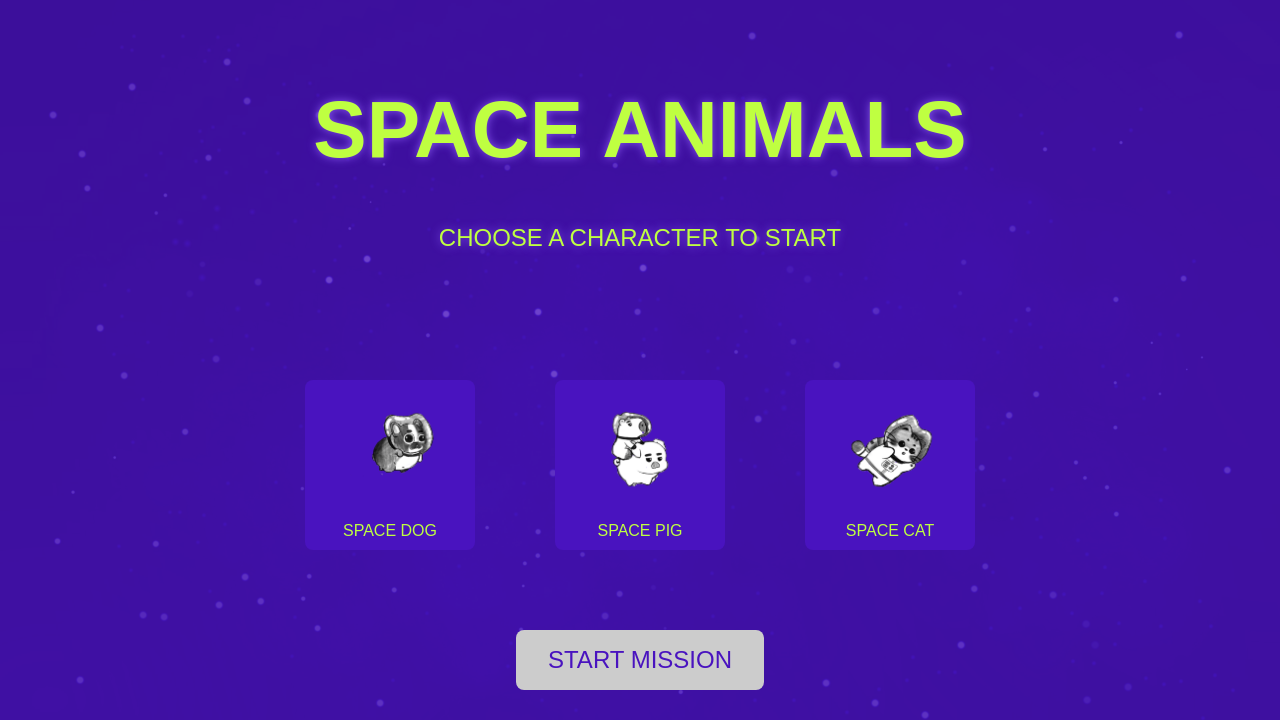
Repository: brunaguarizo/SpaceFarm
Page: index.html
An editor plug-in stored every save of this project. The page is shown before and after the next save, followed by the edit.
The browser window is 1280 px wide. The pictures show the whole page.
Some web fonts or font styles are not loaded; a fallback is used.

Above is the page before, as saved 2025-04-24 15:49:34.

### index.html
<!DOCTYPE html>
<html lang="en">
    <head>
        <meta charset="UTF-8" />
        <meta
            name="viewport"
            content="width=device-width, initial-scale=1.0" />
        <title>Space Adventure</title>
        <link
            rel="stylesheet"
            href="styles.css" />

        <link
            rel="preconnect"
            href="https://fonts.googleapis.com" />
        <link
            rel="preconnect"
            href="https://fonts.gstatic.com"
            crossorigin />
        <link
            href="https://fonts.googleapis.com/css2?family=Ranchers&display=swap"
            rel="stylesheet" />
    </head>
    <body>
        <div id="game-container">
            <!-- Character Selection Screen -->
            <div id="character-select">
                <h1>SPACE ANIMALS</h1>
                <div class="text">CHOOSE A CHARACTER TO START</div>
                <div class="character-options">
                    <div
                        class="character-option"
                        data-character="astronaut">
                        <div class="character-img">
                            <img
                                src="img/dog.png"
                                alt="Space Dog" />
                        </div>
                        <div class="character-label">SPACE DOG</div>
                    </div>
                    <div
                        class="character-option"
                        data-character="alien">
                        <div class="character-img">
                            <img
                                src="img/pig.png"
                                alt="Space Pig" />
                        </div>
                        <div class="character-label">SPACE PIG</div>
                    </div>
                    <div
                        class="character-option"
                        data-character="robot">
                        <div class="character-img">
                            <img
                                src="img/cat.png"
                                alt="Space Cat" />
                        </div>
                        <div class="character-label">SPACE CAT</div>
                    </div>
                </div>
                <button
                    id="confirm-btn"
                    disabled>
                    START MISSION
                </button>
            </div>

            <!-- Game Screen -->
            <div id="game-screen">
                <div id="player"></div>
                <div id="score-container">
                    <div id="score">SCORE: 0</div>
                    <button id="pause-btn">PAUSE</button>
                </div>
            </div>

            <!-- Pause Screen -->
            <div id="pause-screen">
                <h2>GAME PAUSED</h2>
                <button id="resume-btn">RESUME</button>
            </div>

            <!-- Game Over Screen -->
            <div id="game-over">
                <h2>GAME OVER</h2>
                <div id="final-score">SCORE: 0</div>
                <button id="restart-btn">PLAY AGAIN</button>
            </div>
        </div>

        <script src="script.js"></script>
    </body>
</html>

### styles.css
body {
    margin: 0;
    padding: 0;
    overflow: hidden;
    font-family: var(--font-family);
    background-color: var(--mid-green);
}

#game-container {
    position: relative;
    width: 100vw;
    height: 100vh;
    background-image: url("img/space-bg.jpg");
    background-size: cover;
    overflow: hidden;
    justify-content: center;
}

/* ------------------------- Character Selection Screen ------------------------- */
#character-select {
    position: absolute;
    width: 100%;
    height: 100%;
    display: flex;
    flex-direction: column;
    justify-content: center;
    align-items: center;
    z-index: 10;
    background-color: rgba(
        73,
        19,
        191,
        0.8
    ); /* Using dark-purple with opacity */
}

#character-select h1 {
    color: var(--light-green);
    font-size: var(--header);
    margin-bottom: var(--space-large);
    text-shadow: 0 0 10px var(--mid-purple);
    text-align: center;
}

.text {
    color: var(--light-green);
    font-size: var(--text);
    text-shadow: 0 0 10px var(--mid-purple);
    text-align: center;
    margin-bottom: var(--space-large);
}

.character-options {
    display: flex;
    gap: var(--space-extra-large);
    margin-top: var(--space-extra-large);
    margin-bottom: var(--space-extra-large);
}

.character-option {
    width: 150px;
    height: 150px;
    background-color: var(--dark-purple);
    border-radius: var(--space-small);
    display: flex;
    flex-direction: column;
    align-items: center;
    justify-content: center;
    cursor: pointer;
    transition: transform 0.3s, box-shadow 0.3s;
    padding: var(--space-small);
    border: 2px solid transparent;
    gap: var(--space-small);
}

.character-option:hover {
    transform: scale(1.05);
    box-shadow: 0 0 15px var(--light-purple);
}

.character-option.selected {
    border-color: var(--light-green);
    box-shadow: 0 0 20px var(--light-green);
}

.character-img {
    width: 100%;
    height: 100%;
    display: block;
}

.character-img img {
    width: 100%;
    height: 100%;
    object-fit: contain;
}

.character-label {
    color: var(--light-green);
    font-size: 16px;
    text-align: center;
    text-transform: uppercase;
}

#confirm-btn {
    padding: var(--space-regular) var(--space-medium);
    background-color: var(--light-green);
    color: var(--dark-purple);
    border: none;
    border-radius: var(--space-small);
    font-size: var(--text);
    font-family: var(--font-family);
    cursor: pointer;
    transition: background-color 0.3s;
    text-transform: uppercase;
}

#confirm-btn:hover {
    background-color: var(--mid-green);
}

#confirm-btn:disabled {
    background-color: #cccccc;
    cursor: not-allowed;
}

/* ------------------------- Game Screen -------------------------*/
#game-screen {
    display: none;
    position: absolute;
    width: 100%;
    height: 100%;
    z-index: 5;
}

#player {
    position: absolute;
    width: 180px;
    height: 180px;
    left: var(--space-extra-large);
    top: 50%;
    transform: translateY(-50%);
    line-height: 1;
    z-index: 5;
}

#player img {
    width: 100%;
    height: 100%;
    object-fit: contain;
}

.asteroid {
    position: absolute;
    width: 100px;
    height: 100px;
    border-radius: 50%;
    overflow: hidden;
    box-shadow: 0 0 15px var(--light-purple);
}

.asteroid img {
    width: 100%;
    height: 100%;
    object-fit: cover;
}

#score-container {
    position: absolute;
    top: var(--space-regular);
    right: var(--space-regular);
    display: flex;
    align-items: center;
    gap: var(--space-regular);
    z-index: 5;
}

#score {
    color: var(--light-green);
    font-size: var(--text);
    font-weight: bold;
    background-color: var(--dark-purple);
    padding: var(--space-small) var(--space-regular);
    border-radius: var(--space-small);
    border: 2px solid var(--light-green);
    text-transform: uppercase;
}

#pause-btn {
    background-color: var(--dark-purple);
    color: var(--light-green);
    border: 2px solid var(--light-green);
    border-radius: var(--space-small);
    font-size: var(--text);
    font-family: var(--font-family);
    padding: var(--space-small) var(--space-regular);
    cursor: pointer;
    transition: all 0.3s;
    text-transform: uppercase;
}

#pause-btn:hover {
    background-color: var(--mid-purple);
    box-shadow: 0 0 10px var(--light-purple);
}

/* ------------------------- Game Over Screen ------------------------- */
#game-over {
    display: none;
    position: absolute;
    top: 0;
    left: 0;
    width: 100%;
    height: 100%;
    background-color: rgba(
        73,
        19,
        191,
        0.8
    ); /* Using dark-purple with opacity */
    z-index: 15;
    flex-direction: column;
    justify-content: center;
    align-items: center;
}

#game-over h2 {
    color: var(--mid-pink);
    font-size: var(--header);
    margin-bottom: var(--space-regular);
    text-shadow: 0 0 10px var(--mid-pink);
}

#final-score {
    color: var(--light-green);
    font-size: var(--text);
    margin-bottom: var(--space-extra-large);
}

#restart-btn {
    padding: var(--space-regular) var(--space-medium);
    background-color: var(--light-green);
    color: var(--dark-purple);
    border: none;
    border-radius: var(--space-small);
    font-size: var(--text);
    font-family: var(--font-family);
    cursor: pointer;
    transition: background-color 0.3s;
}

#restart-btn:hover {
    background-color: var(--mid-green);
}

/* Utility Classes */
.invisible {
    opacity: 0;
}

/* Pause Screen */
#pause-screen {
    display: none;
    position: absolute;
    top: 0;
    left: 0;
    width: 100%;
    height: 100%;
    background-color: rgba(
        73,
        19,
        191,
        0.8
    ); /* Using dark-purple with opacity */
    z-index: 12;
    flex-direction: column;
    justify-content: center;
    align-items: center;
    color: var(--light-green);
}

#pause-screen h2 {
    font-size: var(--header);
    margin-bottom: var(--space-extra-large);
}

#resume-btn {
    padding: var(--space-regular) var(--space-medium);
    background-color: var(--light-green);
    color: var(--dark-purple);
    border: none;
    border-radius: var(--space-small);
    font-size: var(--text);
    font-family: var(--font-family);
    cursor: pointer;
    transition: background-color 0.3s;
}

#resume-btn:hover {
    background-color: var(--mid-green);
}

/* --------------------------- variables  --------------------------- */
:root {
    --font-family: "Ranchers", sans-serif;
    --header: 80px;
    --text: 24px;

    --light-green: #bfff41;
    --mid-green: #a3de1a;
    --dark-green: #46b800;
    --light-pink: #ffc2ec;
    --mid-pink: #f0429c;
    --dark-pink: #910b64;
    --light-purple: #dcccff;
    --mid-purple: #8655ef;
    --dark-purple: #4913bf;

    --space-extra-small: 4px;
    --space-small: 8px;
    --space-regular: 16px;
    --space-medium: 32px;
    --space-large: 48px;
    --space-extra-large: 80px;
    --space-huge: 160px;
}

### script.js
// Game variables
let selectedCharacter = "";
let score = 0;
let playerElement;
let gameRunning = false;
let isPaused = false;
let playerY;
let asteroids = [];
let gameLoopInterval;
let asteroidInterval;
let gameHeight;
let gameWidth;

// Character image mapping - using the exact filenames from the img folder
const characterImages = {
    astronaut: "img/dog.png",
    alien: "img/pig.png",
    robot: "img/cat.png",
};

// Planet image options - using the exact filenames from the img folder
const planetImages = [
    "img/planet1.png",
    "img/planet2.png",
    "img/planet3.png",
    "img/planet4.png",
    "img/planet5.png",
    "img/planet6.png",
];

// DOM elements
const characterOptions = document.querySelectorAll(".character-option");
const confirmBtn = document.getElementById("confirm-btn");
const characterSelectScreen = document.getElementById("character-select");
const gameScreen = document.getElementById("game-screen");
const pauseBtn = document.getElementById("pause-btn");
const pauseScreen = document.getElementById("pause-screen");
const resumeBtn = document.getElementById("resume-btn");
const gameOverScreen = document.getElementById("game-over");
const finalScoreDisplay = document.getElementById("final-score");
const restartBtn = document.getElementById("restart-btn");
const scoreDisplay = document.getElementById("score");

// Initialize the game
function init() {
    console.log("Game initializing...");

    // Character selection event listeners
    characterOptions.forEach((option) => {
        option.addEventListener("click", () => {
            console.log("Character option clicked:", option.dataset.character);
            // Remove selected class from all options
            characterOptions.forEach((opt) => opt.classList.remove("selected"));
            // Add selected class to clicked option
            option.classList.add("selected");
            // Store selected character
            selectedCharacter = option.dataset.character;
            // Enable confirm button
            confirmBtn.disabled = false;
            console.log("Selected character:", selectedCharacter);
        });
    });

    // Confirm button event listener
    confirmBtn.addEventListener("click", () => {
        console.log("Start button clicked, starting game...");
        startGame();
    });

    // Pause button event listener
    pauseBtn.addEventListener("click", togglePause);

    // Resume button event listener
    resumeBtn.addEventListener("click", togglePause);

    // Restart button event listener
    restartBtn.addEventListener("click", restartGame);

    // Keyboard event listeners
    document.addEventListener("keydown", handleKeyPress);

    console.log("Game initialized successfully");
}

// Start the game
function startGame() {
    console.log("Starting game with character:", selectedCharacter);

    if (!selectedCharacter) {
        console.error("No character selected!");
        return;
    }

    // Hide character selection screen
    characterSelectScreen.style.display = "none";
    // Show game screen
    gameScreen.style.display = "block";

    // Set up player
    playerElement = document.getElementById("player");
    if (!playerElement) {
        console.error("Player element not found!");
        return;
    }

    const playerImagePath = characterImages[selectedCharacter];
    console.log("Loading player image:", playerImagePath);

    // Create image element with error handling
    const playerImg = document.createElement("img");
    playerImg.src = playerImagePath;
    playerImg.alt = "Player";
    playerImg.onerror = function () {
        console.error("Error loading player image:", playerImagePath);
        // Fallback to text if image fails to load
        playerElement.innerHTML = "Player";
    };
    playerElement.innerHTML = "";
    playerElement.appendChild(playerImg);

    // Initialize variables
    gameHeight = window.innerHeight;
    gameWidth = window.innerWidth;
    score = 0;
    updateScore();
    playerY = gameHeight / 2;
    gameRunning = true;
    isPaused = false;
    asteroids = [];

    // Position player
    updatePlayerPosition();

    // Start game loop
    gameLoopInterval = setInterval(gameLoop, 16); // ~60fps

    // Start spawning planets
    spawnPlanet(); // Spawn first planet immediately
    asteroidInterval = setInterval(spawnPlanet, 1500); // Then every 1.5 seconds

    console.log("Game started successfully");
}

// Game loop
function gameLoop() {
    if (!gameRunning || isPaused) return;

    // Move planets
    movePlanets();

    // Check collisions
    checkCollisions();
}

// Handle keyboard input
function handleKeyPress(e) {
    if (!gameRunning || isPaused) return;

    const moveDistance = 50; // Increased for faster movement

    if (e.key === "ArrowUp" || e.key === "w") {
        // Move up
        playerY = Math.max(90, playerY - moveDistance);
        updatePlayerPosition();
    } else if (e.key === "ArrowDown" || e.key === "s") {
        // Move down
        playerY = Math.min(gameHeight - 90, playerY + moveDistance);
        updatePlayerPosition();
    }
}

// Update player position on screen
function updatePlayerPosition() {
    playerElement.style.top = `${playerY}px`;
}

// Spawn a new planet
function spawnPlanet() {
    if (!gameRunning || isPaused) return;

    // Create planet element
    const planet = document.createElement("div");
    planet.classList.add("asteroid"); // Keep the same class for styling

    // Set random planet type
    const planetType =
        planetImages[Math.floor(Math.random() * planetImages.length)];
    console.log("Loading planet image:", planetType);

    // Create image element with error handling
    const planetImg = document.createElement("img");
    planetImg.src = planetType;
    planetImg.alt = "Planet";
    planetImg.onerror = function () {
        console.error("Error loading planet image:", planetType);
        // Fallback to text if image fails to load
        planet.innerHTML = "Planet";
    };
    planet.appendChild(planetImg);

    // Set random position (y-axis)
    const planetY = Math.random() * (gameHeight - 100) + 50;

    // Set planet properties
    planet.style.left = `${gameWidth}px`;
    planet.style.top = `${planetY}px`;

    // Add to game screen
    gameScreen.appendChild(planet);

    // Add to asteroids array (keep the same array for simplicity)
    asteroids.push({
        element: planet,
        x: gameWidth,
        y: planetY,
        speed: Math.random() * 2 + 3, // Random speed between 3-5
        passed: false,
    });
}

// Move all planets
function movePlanets() {
    for (let i = asteroids.length - 1; i >= 0; i--) {
        const planet = asteroids[i];

        // Move planet
        planet.x -= planet.speed;
        planet.element.style.left = `${planet.x}px`;

        // Check if planet passed the player
        if (!planet.passed && planet.x < 100) {
            planet.passed = true;
            score += 10;
            updateScore();
        }

        // Remove planet if it's off-screen
        if (planet.x < -50) {
            gameScreen.removeChild(planet.element);
            asteroids.splice(i, 1);
        }
    }
}

// Check for collisions
function checkCollisions() {
    const playerRect = {
        x: 100,
        y: playerY - 90,
        width: 180,
        height: 180,
    };

    for (const planet of asteroids) {
        const planetRect = {
            x: planet.x,
            y: planet.y - 50,
            width: 100,
            height: 100,
        };

        // Check if player and planet rectangles intersect
        if (
            playerRect.x < planetRect.x + planetRect.width &&
            playerRect.x + playerRect.width > planetRect.x &&
            playerRect.y < planetRect.y + planetRect.height &&
            playerRect.y + playerRect.height > planetRect.y
        ) {
            // Collision detected
            gameOver();
            return;
        }
    }
}

// Update score display
function updateScore() {
    scoreDisplay.textContent = `Score: ${score}`;
}

// Toggle pause state
function togglePause() {
    isPaused = !isPaused;

    if (isPaused) {
        pauseScreen.style.display = "flex";
    } else {
        pauseScreen.style.display = "none";
    }
}

// Game over
function gameOver() {
    gameRunning = false;

    // Clear intervals
    clearInterval(gameLoopInterval);
    clearInterval(asteroidInterval);

    // Remove all planets
    asteroids.forEach((planet) => {
        gameScreen.removeChild(planet.element);
    });
    asteroids = [];

    // Update final score
    finalScoreDisplay.textContent = `Final Score: ${score}`;

    // Show game over screen
    gameOverScreen.style.display = "flex";
}

// Restart game
function restartGame() {
    // Clear planets
    asteroids.forEach((planet) => {
        if (planet.element.parentNode) {
            planet.element.parentNode.removeChild(planet.element);
        }
    });

    // Hide game over screen
    gameOverScreen.style.display = "none";

    // Go back to character selection
    gameScreen.style.display = "none";
    characterSelectScreen.style.display = "flex";

    // Reset character selection
    characterOptions.forEach((opt) => opt.classList.remove("selected"));
    confirmBtn.disabled = true;
    selectedCharacter = "";
}

// Initialize the game when the page loads
window.addEventListener("load", init);

After the next save:
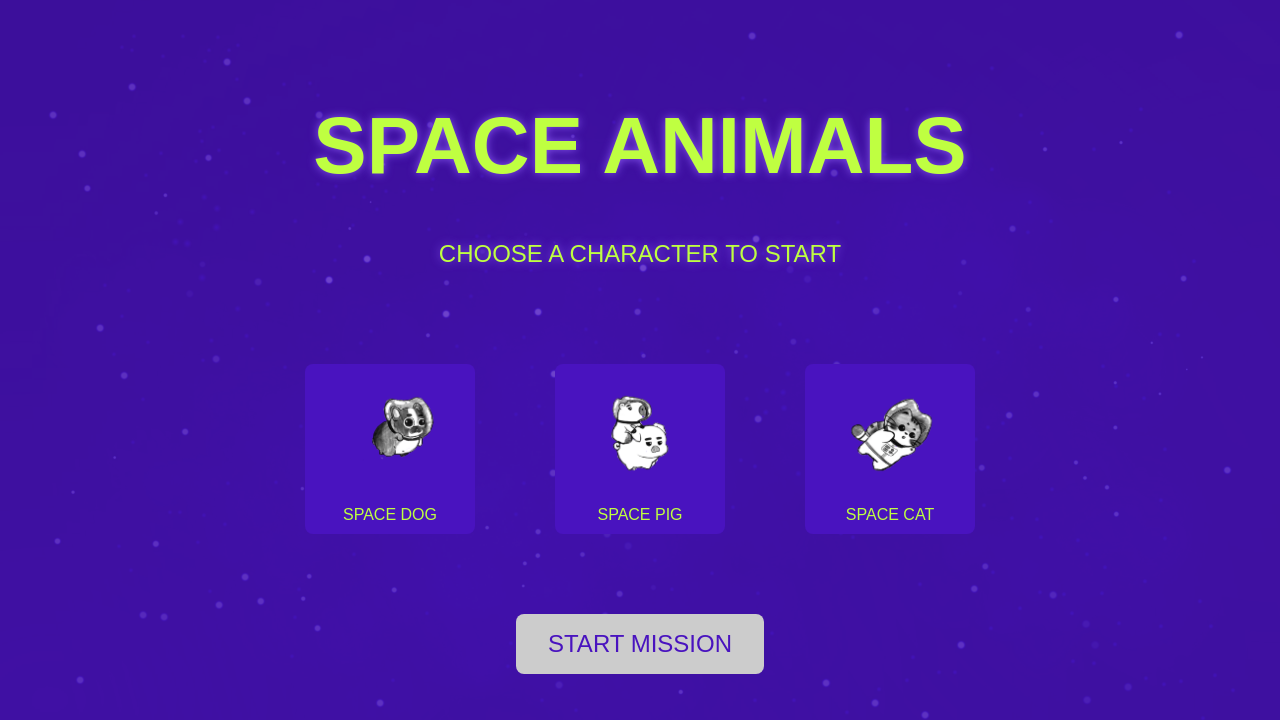
Saved 11 s later.
--- a/styles.css
+++ b/styles.css
@@ -53,7 +53,7 @@ body {
 .character-options {
     display: flex;
     gap: var(--space-extra-large);
-    margin-top: var(--space-extra-large);
+    margin-top: var(--space-large);
     margin-bottom: var(--space-extra-large);
 }
 
